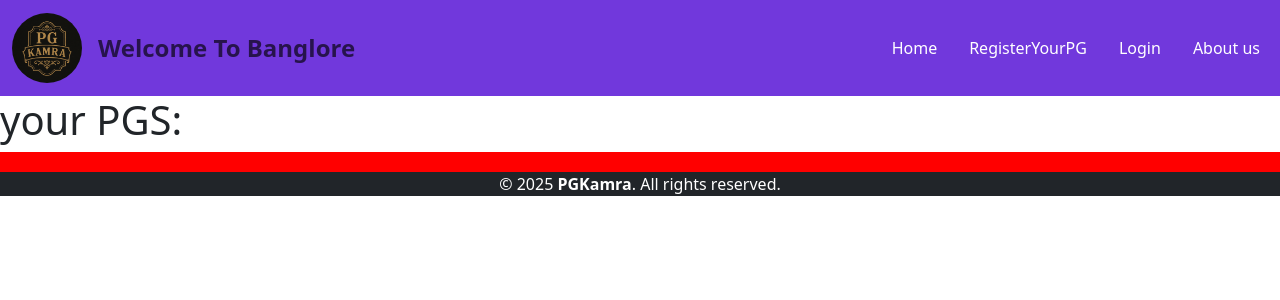
Repository: KUKATIDINESH/pgfinder
Page: mainapp/templates/pglist_for_modification.html
These files come from the project's save history. The page is drawn as it stood at one moment and after the next save; the edit follows.
The browser window is 1280 px wide. The pictures show the whole page.
The page is served by the project's application, run on Django 5.2 (manage.py). Other server files are loaded and not shown. The template is opened directly, without the code that normally fills it, so the values that code supplies are empty.

Above is the page before, as saved 2025-07-08 12:33:27.

### PgFinder/mainapp/templates/pglist_for_modification.html
{% extends 'base.html' %}
{% block title %}HOME{% endblock %}

{% block extra_css %}
<style>

.pgs{
    background-color: aliceblue;
    border: 10px solid red;
    display: flex;
    justify-content: left;
    gap: 20px;
    flex-wrap: wrap;
}
.pgs div{
    background-color: white;
}
a{
    text-decoration: none;
    color: white;
}
button{
    border-radius: 10px 10px 10px 10px;
}
</style>

{% endblock extra_css %}


{% block content %}
<h1>your PGS:</h1>
<div class="pgs">
{% for pg in pgs %}

 <div style="width: auto; padding: 0.6rem; border: 1px solid grey;margin-bottom: 5px; border-radius: 10px 10px 10px 10px;">
    <p> <b>PGname</b>:{{pg.pgname}} </p>
        <button id="modify" class="btn btn-primary"><a href="" >modify</a></button>
        <button id="delete" class="btn btn-danger"><a href="">delete</a></button>
</div>
    <!-- <p><b>PG owner name </b>:{{pg.ownername}}</p><br> -->

{% endfor %}
</div>
{% endblock content %}

{% block extra_js %}

 {% endblock extra_js %}

### PgFinder/mainapp/templates/base.html
{% load static %}
<!DOCTYPE html>
<html lang="en">
<head>
  <meta charset="UTF-8">
  <meta name="viewport" content="width=device-width, initial-scale=1.0">
  <title>{% block title %}PGFR{% endblock %}</title>
       <link href="https://cdn.jsdelivr.net/npm/bootstrap@5.3.3/dist/css/bootstrap.min.css" rel="stylesheet">
  {% block extra_css %}
  <style>
    body{
      height: 50vh;
    }
  </style>
  {% endblock extra_css %}
</head>
<body>


  {% include 'nav.html' %}


  {% block content %}


  {% endblock content %}
<footer class="bg-dark text-white" style="background-color: rgb(113, 56, 220);  ">
  <div class="container text-center">
    <p class="mb-0">&copy; 2025 <strong>PGKamra</strong>. All rights reserved.</p>
  </div>
</footer>
    <script src="https://cdn.jsdelivr.net/npm/bootstrap@5.3.3/dist/js/bootstrap.bundle.min.js"></script>
 {% block extra_js %}

 {% endblock extra_js %}
</body>
</html>

### PgFinder/mainapp/templates/nav.html
 {% load static %}
 <nav class="navbar navbar-expand-lg navbar-light  position-relative" style="background-color: rgb(113, 56, 220);">
        <div class="container-fluid">
            <!-- Left: Logo -->
            <a class="navbar-brand" href="#">
                <img src="{% static 'images/logo.jpg' %}" alt="Logo" height="70" width="70" style="border-radius: 50%;">
            </a>

            <!-- Center: Website Name -->
            <div class="navbar-center d-none d-lg-block">
                <span class="navbar-text fw-bold fs-4">Welcome To Banglore</span>
            </div>

            <!-- Right: Navigation links -->
            <div class="ms-auto">
                <ul class="navbar-nav d-flex flex-row gap-3">
                    <li class="nav-item">
                            <a class="nav-link text-white" href="{% url 'home' %}">Home</a>
                        </li>
                    <li class="nav-item">
                        <a class="nav-link text-white" href="{% url 'pgregister' %}">RegisterYourPG</a>
                    </li>
                    {% if user.is_authenticated %}
                        <li class="nav-item">
                            <a class="nav-link text-white" href="{% url 'logout' %}">Logout</a>
                        </li>
                    {% else %}
                        <li class="nav-item">
                            <a class="nav-link text-white" href="{% url 'login' %}">Login</a>
                        </li>
                    {% endif %}
                    <li class="nav-item">
                            <a class="nav-link text-white" href="{% url 'aboutus' %}">About  us</a>
                    </li>

                </ul>
            </div>
        </div>
    </nav>

### PgFinder/PgFinder/urls.py
"""
URL configuration for PgFinder project.

The `urlpatterns` list routes URLs to views. For more information please see:
    https://docs.djangoproject.com/en/5.1/topics/http/urls/
Examples:
Function views
    1. Add an import:  from my_app import views
    2. Add a URL to urlpatterns:  path('', views.home, name='home')
Class-based views
    1. Add an import:  from other_app.views import Home
    2. Add a URL to urlpatterns:  path('', Home.as_view(), name='home')
Including another URLconf
    1. Import the include() function: from django.urls import include, path
    2. Add a URL to urlpatterns:  path('blog/', include('blog.urls'))
"""
from django.conf import settings
from django.conf.urls.static import static

from django.contrib import admin
from django.urls import path,include

urlpatterns = [
    path('admin/', admin.site.urls),
    path('',include('authentication.urls')),
    path('main/',include('mainapp.urls'))
]

if settings.DEBUG:
    urlpatterns += static(settings.MEDIA_URL, document_root=settings.MEDIA_ROOT)

### PgFinder/authentication/urls.py
from django.urls import path
from . import views
urlpatterns=[
    path('login',views.user_login,name='login'),
    path('signin',views.signin,name='signin'),
    path('logout',views.user_logout,name='logout'),
#     path('',views.home,name='home')
    ]

### PgFinder/mainapp/urls.py
from django.urls import path
from . import views
urlpatterns=[
    path('home',views.home,name='home'),
    path('display_all_pg_details/<str:area>/<str:rent>/',views.display_all_pg_details,name='display_all_pg_details'),
    path('aboutus',views.about_us,name='aboutus'),
    path('pgregister',views.PGregister,name='pgregister'),
    path('pgdetails/<int:pk>',views.pg_details,name='pgdetails'),
    path('modifypg',views.pg_modify,name='modifypg'),
    path('pglist_for_modification',views.pglist_for_modify,name='pglist_for_modification'),

]

After the next save:
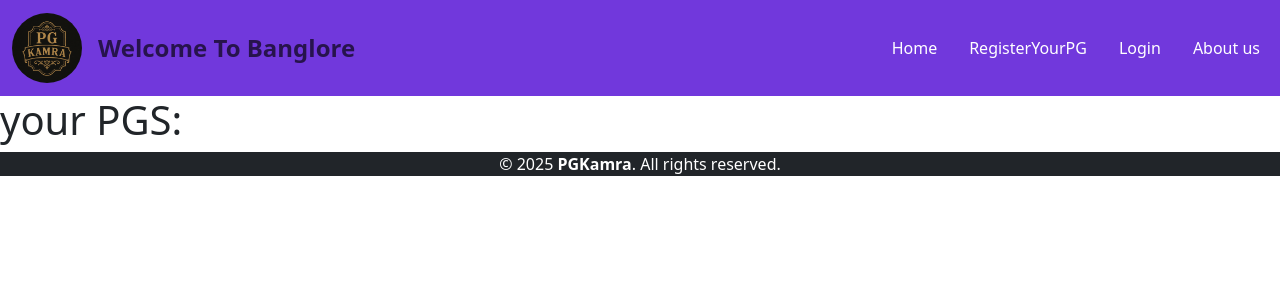
Saved 4 s later.
--- a/PgFinder/mainapp/templates/pglist_for_modification.html
+++ b/PgFinder/mainapp/templates/pglist_for_modification.html
@@ -6,7 +6,7 @@
 
 .pgs{
     background-color: aliceblue;
-    border: 10px solid red;
+    /* border: 10px solid red; */
     display: flex;
     justify-content: left;
     gap: 20px;
